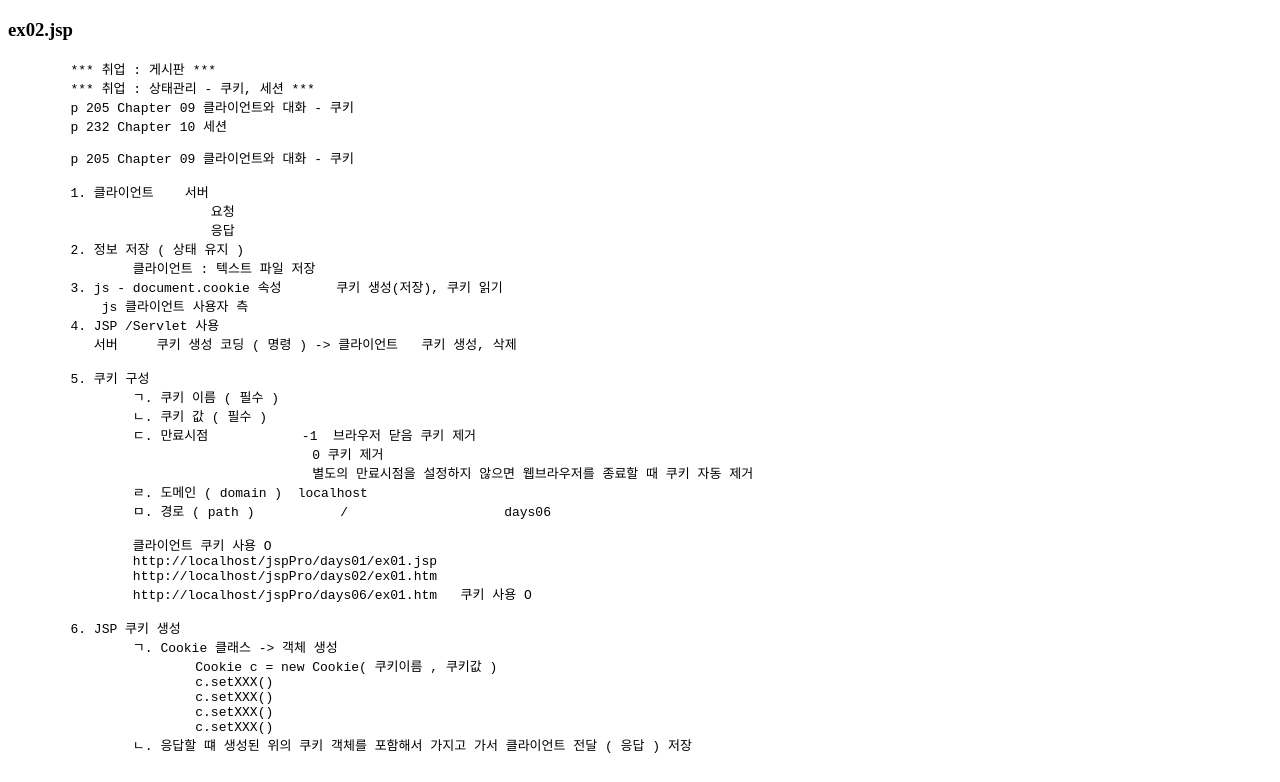
Repository: JavaYoo/kakao-emoticon-web-clone
Page: http://localhost/jspPro/days06/ex02.jsp
An editor plug-in stored every save of this project. The page is shown before and after the next save, followed by the edit.
The browser window is 1280 px wide. The pictures show the whole page.
The page is served by Tomcat 9. Other server files are loaded and not shown.

Above is the page before, as saved 2022-06-21 07:36:23.

### jspPro/src/main/webapp/days06/ex02.jsp
<%@ page contentType="text/html; charset=UTF-8" pageEncoding="UTF-8"%>
<!DOCTYPE html>
<html>
<head>
<meta charset="UTF-8">
<meta name="viewport" content="width=device-width, initial-scale=1.0">
<title>2022. 6. 21. - 오후 4:25:08</title>
<link rel="shortcut icon "type = "image/x-icon" href = "../images/SiSt.ico">
<script src="https://ajax.googleapis.com/ajax/libs/jquery/3.6.0/jquery.min.js"></script>
</head>
<body>

<h3>ex02.jsp</h3>

<pre>
	*** 취업 : 게시판 ***
	*** 취업 : 상태관리 - 쿠키, 세션 ***
	p 205 Chapter 09 클라이언트와 대화 - 쿠키
	p 232 Chapter 10 세션
</pre>

<pre>
	p 205 Chapter 09 클라이언트와 대화 - 쿠키

	1. 클라이언트    서버
	                  요청
	                  응답
	2. 정보 저장 ( 상태 유지 )
		클라이언트 : 텍스트 파일 저장
	3. js - document.cookie 속성       쿠키 생성(저장), 쿠키 읽기
	    js 클라이언트 사용자 측
	4. JSP /Servlet 사용
	   서버     쿠키 생성 코딩 ( 명령 ) -> 클라이언트   쿠키 생성, 삭제

	5. 쿠키 구성
		ㄱ. 쿠키 이름 ( 필수 )
		ㄴ. 쿠키 값 ( 필수 )
		ㄷ. 만료시점            -1  브라우저 닫음 쿠키 제거
	                               0 쿠키 제거
	                               별도의 만료시점을 설정하지 않으면 웹브라우저를 종료할 때 쿠키 자동 제거
		ㄹ. 도메인 ( domain )  localhost
		ㅁ. 경로 ( path )           /                    days06

		클라이언트 쿠키 사용 O
		http://localhost/jspPro/days01/ex01.jsp
		http://localhost/jspPro/days02/ex01.htm
		http://localhost/jspPro/days06/ex01.htm   쿠키 사용 O

	6. JSP 쿠키 생성
		ㄱ. Cookie 클래스 -> 객체 생성
			Cookie c = new Cookie( 쿠키이름 , 쿠키값 )
			c.setXXX()
			c.setXXX()
			c.setXXX()
			c.setXXX()
		ㄴ. 응답할 떄 생성된 위의 쿠키 객체를 포함해서 가지고 가서 클라이언트 전달 ( 응답 ) 저장

</pre>

</body>
</html>

After the next save:
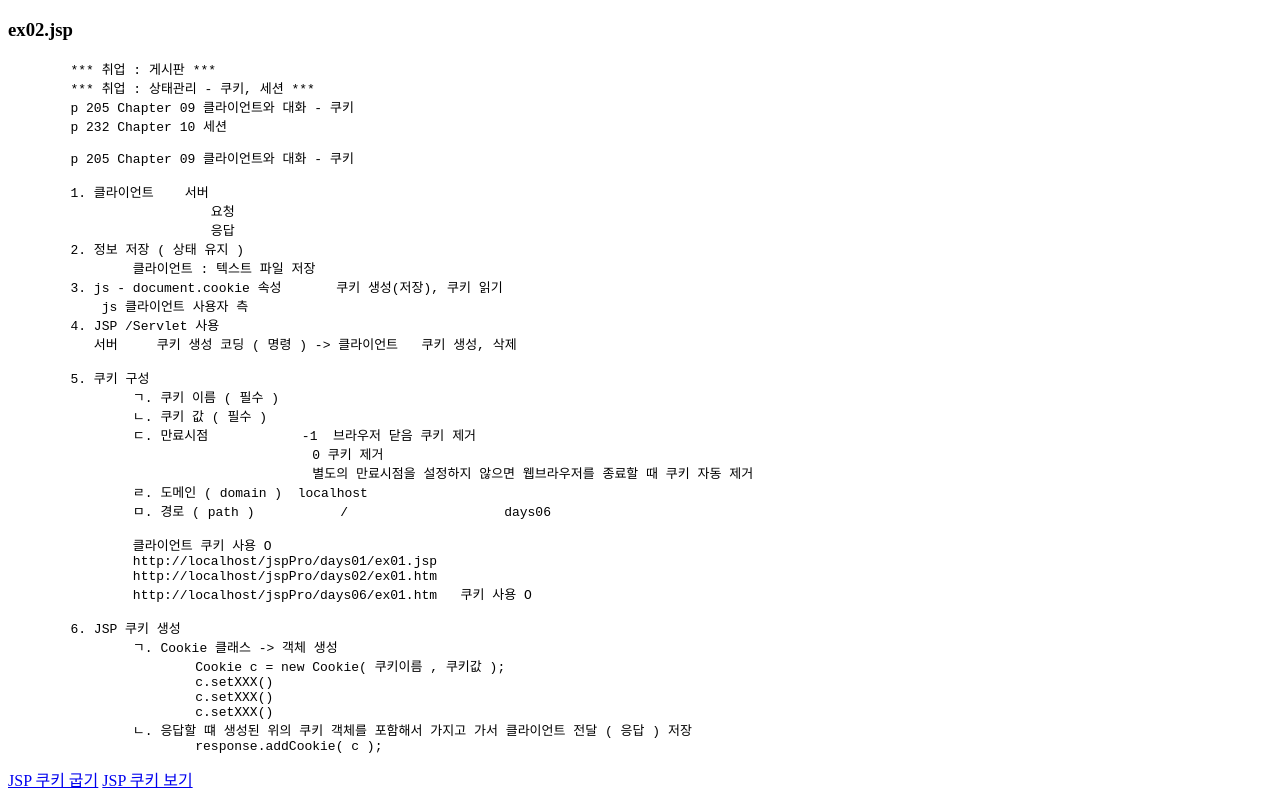
Saved 97 s later.
--- a/jspPro/src/main/webapp/days06/ex02.jsp
+++ b/jspPro/src/main/webapp/days06/ex02.jsp
@@ -48,14 +48,16 @@
 
 	6. JSP 쿠키 생성
 		ㄱ. Cookie 클래스 -> 객체 생성
-			Cookie c = new Cookie( 쿠키이름 , 쿠키값 )
-			c.setXXX()
+			Cookie c = new Cookie( 쿠키이름 , 쿠키값 );
 			c.setXXX()
 			c.setXXX()
 			c.setXXX()
 		ㄴ. 응답할 떄 생성된 위의 쿠키 객체를 포함해서 가지고 가서 클라이언트 전달 ( 응답 ) 저장
+			response.addCookie( c );
+</pre>
 
-</pre>
+<a href="ex02_02.jsp">JSP 쿠키 굽기</a>
+<a href="ex02_03.jsp">JSP 쿠키 보기</a>
 
 </body>
 </html>
